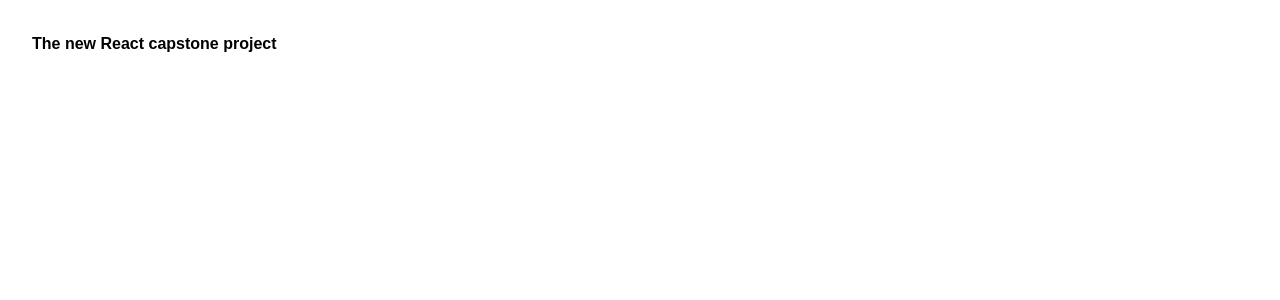
Repository: AngusOnyebuchi/Dashboard
Page: /
These files come from the project's save history. The page is drawn as it stood at one moment and after the next save; the edit follows.
The browser window is 1280 px wide. The pictures show the whole page.
The project was rebuilt for these pictures with package versions that can differ from the ones it lists, and the page was loaded fresh each time.

Above is the page before, as saved 2022-05-14 18:42:01.

After the next save:
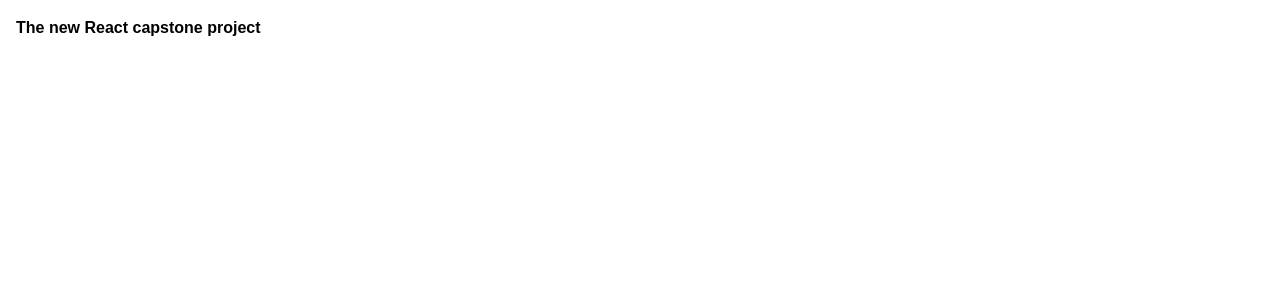
Saved 70 s later.
--- a/src/App.js
+++ b/src/App.js
@@ -3,7 +3,7 @@ import React from 'react'
 export default function App() {
   return (
     <div>
-      <h1 className='font-bold p-8'>The new React capstone project</h1>
+      <h1 className='font-bold p-4'>The new React capstone project</h1>
     </div>
   )
 }
